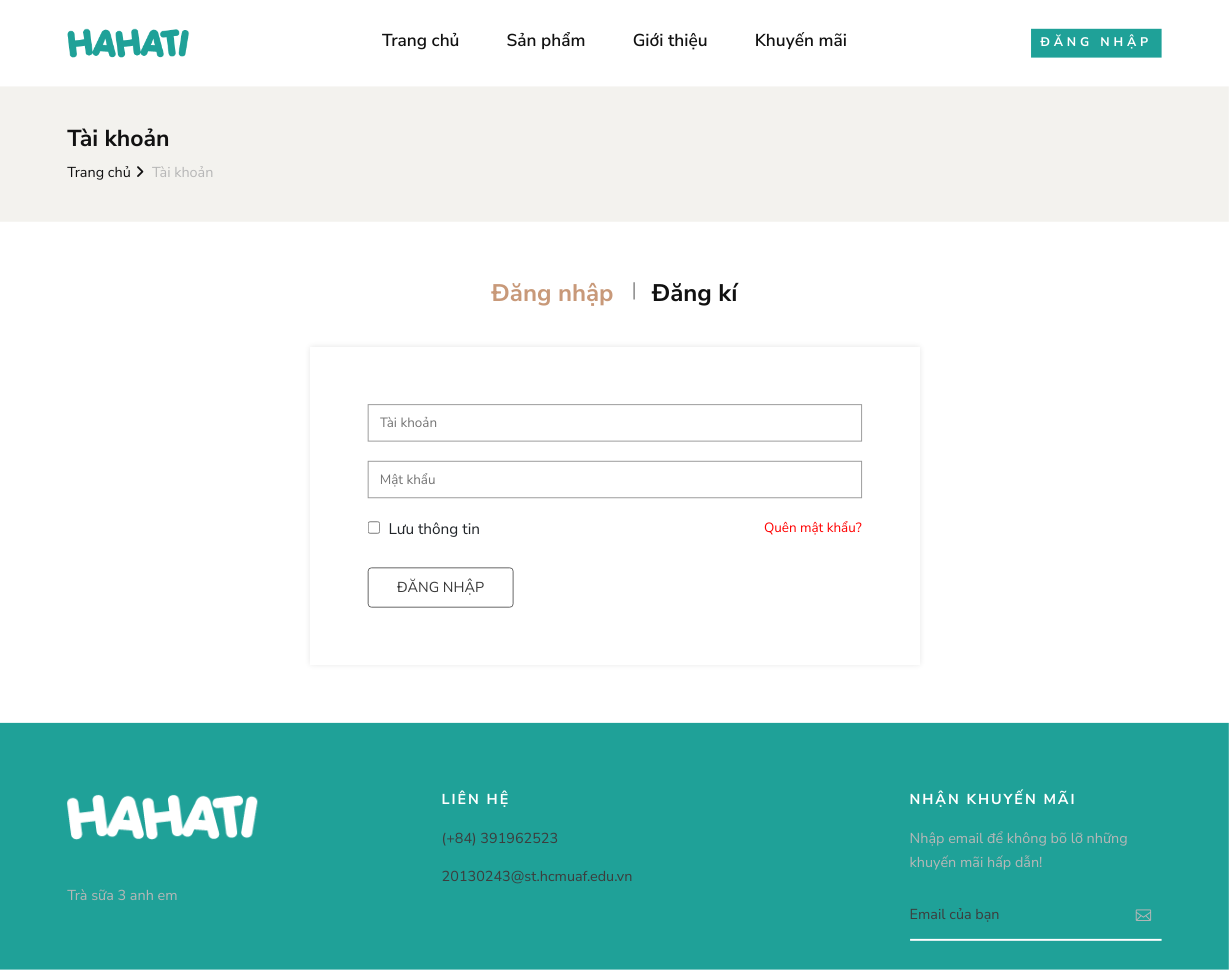
Repository: letrongtinh27/template
Page: login-register.html
These files come from the project's save history. The page is drawn as it stood at one moment and after the next save; the edit follows.
The browser window is 1280 px wide. The pictures show the whole page, at 96% of full size.

Above is the page before, as saved 2022-10-27 11:23:07.
Console error: TypeError: Cannot set properties of null (setting 'onclick')

After the next save:
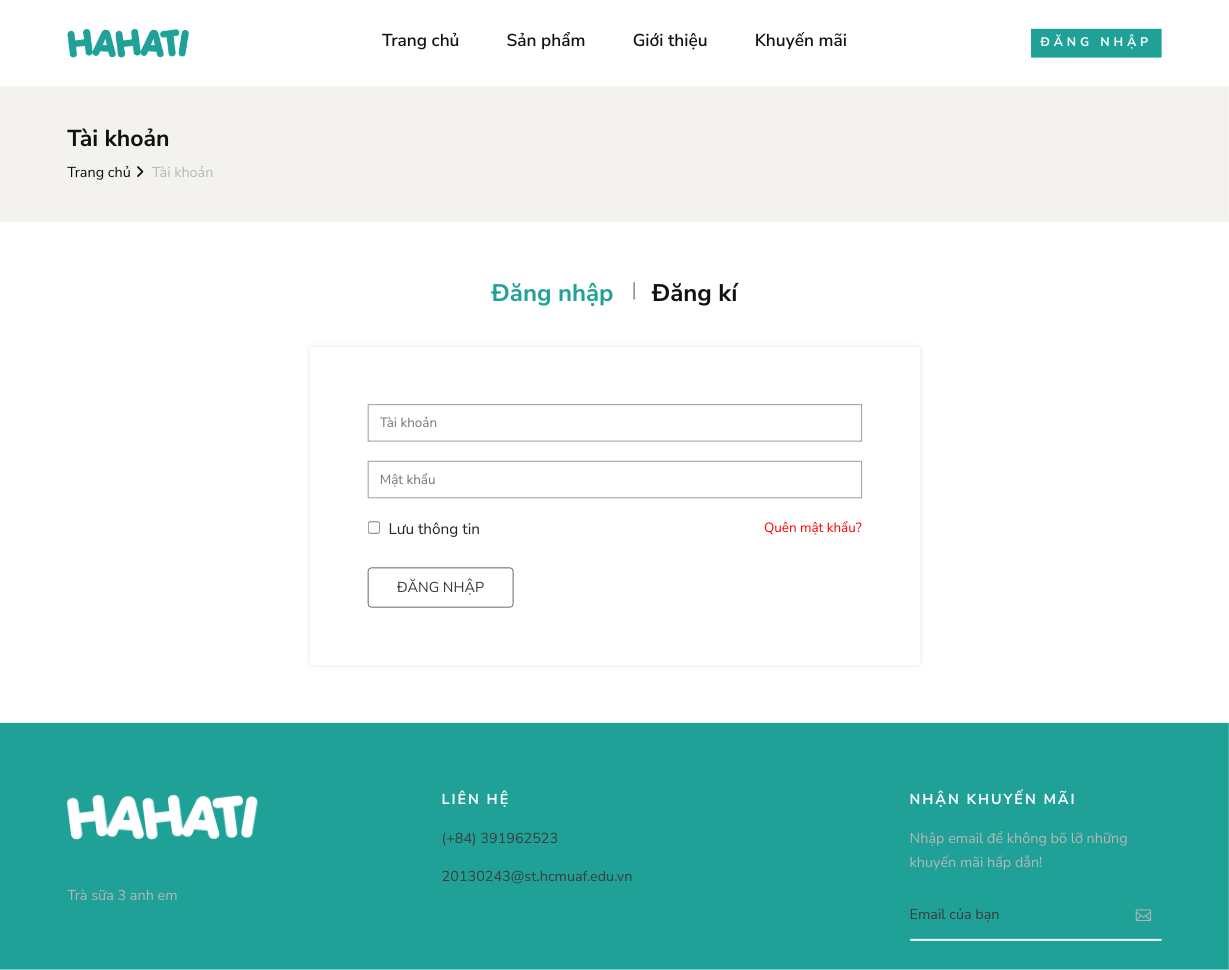
Saved 71 s later.
--- a/css/account.css
+++ b/css/account.css
@@ -307,7 +307,7 @@
 }
 .login-register-tab-list a.active h4,
 .login-register-tab-list a:hover h4 {
-  color: #c89979;
+  color: #1fa198;
 }
 .login-register-tab-list a h4 {
   font-size: 25px;
